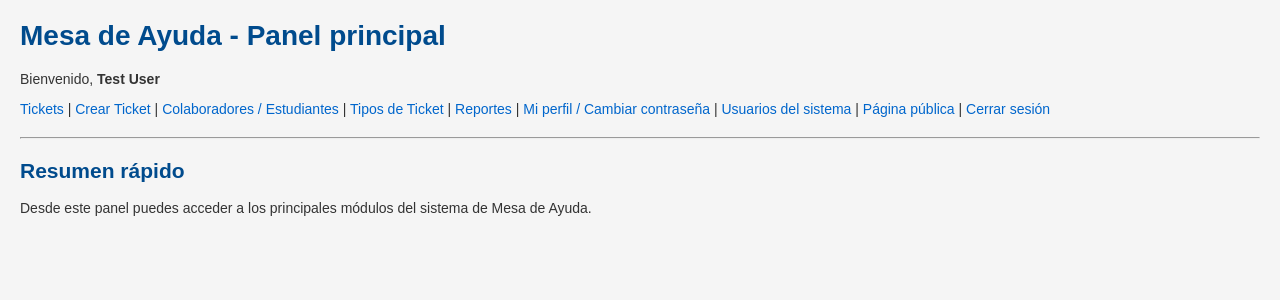
Repository: eleazarrrg/Proyecto-Mesa-Ayuda
Page: http://localhost/mesa-ayuda/dashboard.php
The author's editor kept a copy of each file at every save. The page is drawn from the files as they stood at one save, then again after the next save.
The browser window is 1280 px wide. The pictures show the whole page.
The page is run by PHP 8.4 with error messages shown; the project is at /var/www/html/. The session is filled in as if someone had signed in: {"user_id": 1, "user_name": "Test User", "role_id": 1}.

Above is the page before, as saved 2025-11-30 20:29:20.

After the next save:
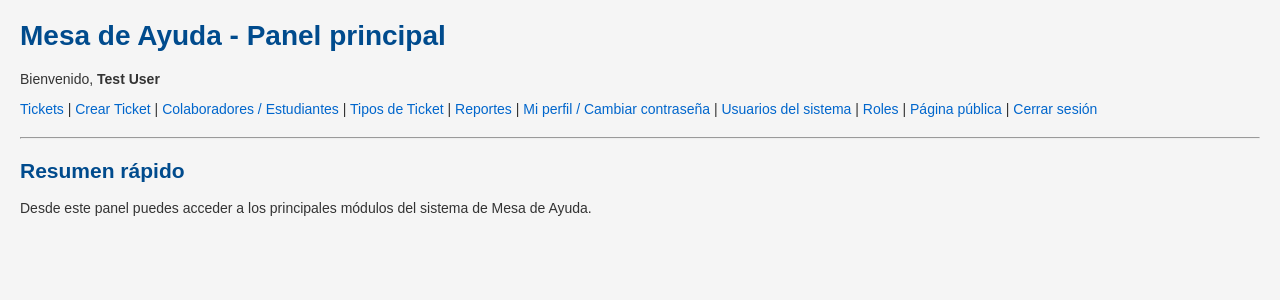
Saved 71 s later.
--- a/public/dashboard.php
+++ b/public/dashboard.php
@@ -31,6 +31,7 @@ $roleId        = $_SESSION['role_id'] ?? null;
         <a href="perfil.php">Mi perfil / Cambiar contraseña</a>
         <?php if ($roleId == 1): ?>
             | <a href="usuarios.php">Usuarios del sistema</a>
+            | <a href="roles.php">Roles</a>
         <?php endif; ?>
         | <a href="public_home.php">Página pública</a> |
         <a href="logout.php">Cerrar sesión</a>
